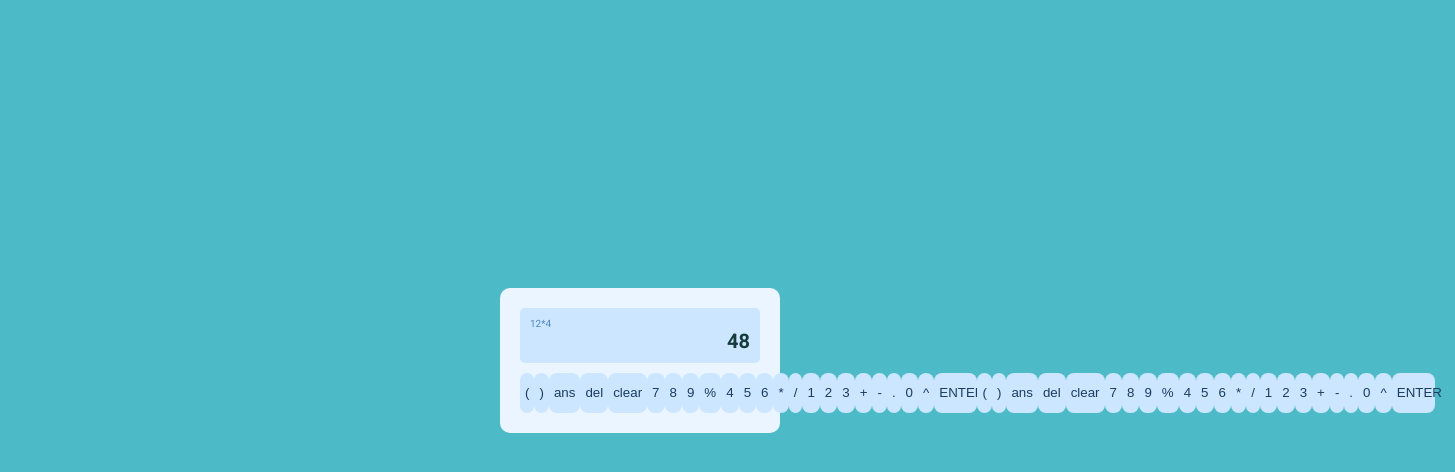
Repository: Herinyhert/Calculate-infix-a-postfix
Page: index.html
The author's editor kept a copy of each file at every save. The page is drawn from the files as they stood at one save, then again after a run of saves.
The browser window is 1280 px wide. The page is 1442 px wide, then 1455 px, so the pictures cover 1455 px, including what lies to the right of the window. The pictures show the whole page.

Above is the page before, as saved 2023-11-02 19:23:21.

### index.html
<html lang="en">
  <head>
    <meta charset="UTF-8" />
    <meta http-equiv="X-UA-Compatible" content="IE=edge" />
    <meta name="viewport" content="width=device-width, initial-scale=1.0" />
    <title>Calculator</title>
    <link rel="preconnect" href="https://fonts.googleapis.com" />
    <link rel="preconnect" href="https://fonts.gstatic.com" crossorigin />
    <link
      href="https://fonts.googleapis.com/css2?family=Roboto:wght@300;400;500;700&display=swap"
      rel="stylesheet"
    />
    <link rel="stylesheet" href="css/index.css" />
  </head>
  <body>
    <div class="caculate-container">
      <div class="calculator-result-preview">
        <div id="operation">12*4</div>
        <div id="operation-result">48</div>
      </div>
      <div id="calculator-buttons"></div>
    </div>
    <script src="js/index.js" type="module"></script>
  </body>
</html>

### css/index.css
body{
    display: flex;
    justify-content: center;
    align-items: center;
    min-height: 100vh;
    background-color: #4dbac8;
    box-sizing: border-box;
    margin: 0;
    padding: 0;
    font-family: 'Roboto', sans-serif;
}
.caculate-container{
    background-color: #ebf5ff;
    padding: 20px;
    border-radius: 10px;
    width: 240px;
}
.calculator-result-preview{
    background-color: #cce6ff;
    width: auto;
    border-radius: 5px;
    padding: 10px;
}
#operation{
    color: #4f8ac5;
    font-size: 10px;
}
#operation-result{
    color: #173c3d;
    font-size: 20px;
    font-weight: bold;
    display: flex;
    justify-content: flex-end;
}
#calculator-buttons{
    display:flex;
    justify-content: space-between;
    margin-top: 10px;
}
.button{
    background-color: #cce6ff;
    padding: 5px;
    border-radius: 8px;
    width: 18%;
    height: 40px;
    border: 0;
    color: #193c60;
    fon
}

### js/index.js
import { buttons } from './buttons.js';
const buttonContainer = document.getElementById('calculator-buttons');
buttons.forEach(button => {
    const buttonElement = document.createElement('button');
    buttonElement.className = button.className;
    buttonElement.innerText = button.value.toString();
    buttonContainer.appendChild(buttonElement);
});

### js/buttons.js
import { calculate } from "./calculator.js";
let operation = "";
const operationContainer = document.getElementById("operation");
const operationResult = document.getElementById("operation-result");
const buttonContainer = document.getElementById("calculator-buttons");
function addValue(value) {
    operation += value;
    operationContainer.innerHTML = operation;
}
function handleCalculate(operation) {
    operationResult.innerHTML = calculate(operation).toString();
}
function handleClear() {
    operation = "";
    operationContainer.innerHTML = "";
    operationResult.innerHTML = "0";
}
function handleDelete() {
    operation = operation.slice(0, operation.length - 1);
    operationContainer.innerHTML = operation;
}
export const buttons = [
    {
        value: "(",
        className: "button small dark",
        action: addValue,
    },
    {
        value: ")",
        className: "button small dark",
        action: addValue,
    },
    {
        value: "ans",
        className: "button small dark",
        action: addValue,
    },
    {
        value: "del",
        className: "button small dark",
        action: handleDelete,
    },
    {
        value: "clear",
        className: "button small dark",
        action: handleClear,
    },
    {
        value: "7",
        className: "button",
        action: addValue,
    },
    {
        value: "8",
        className: "button",
        action: addValue,
    },
    {
        value: "9",
        className: "button",
        action: addValue,
    },
    {
        value: "%",
        className: "button dark large",
        action: addValue,
    },
    //   {
    //     value: "√",
    //     className: "button dark",
    //     action: addValue,
    //   },
    {
        value: "4",
        className: "button",
        action: addValue,
    },
    {
        value: "5",
        className: "button",
        action: addValue,
    },
    {
        value: "6",
        className: "button",
        action: addValue,
    },
    {
        value: "*",
        className: "button dark",
        action: addValue,
    },
    {
        value: "/",
        className: "button dark",
        action: addValue,
    },
    {
        value: "1",
        className: "button",
        action: addValue,
    },
    {
        value: "2",
        className: "button",
        action: addValue,
    },
    {
        value: "3",
        className: "button",
        action: addValue,
    },
    {
        value: "+",
        className: "button dark",
        action: addValue,
    },
    {
        value: "-",
        className: "button dark",
        action: addValue,
    },
    {
        value: ".",
        className: "button dark",
        action: addValue,
    },
    {
        value: "0",
        className: "button",
        action: addValue,
    },
    {
        value: "^",
        className: "button dark",
        action: addValue,
    },
    {
        value: "ENTER",
        className: "button dark large",
        action: handleCalculate,
    },
];
buttons.forEach((button) => {
    const buttonElement = document.createElement("button");
    buttonElement.className = button.className;
    buttonElement.innerText = button.value.toString();
    if (button.value === "ENTER") {
        buttonElement.addEventListener("click", () => button.action(operation));
    }
    else {
        buttonElement.addEventListener("click", () => button.action(button.value.toLocaleString()));
    }
    buttonContainer === null || buttonContainer === void 0 ? void 0 : buttonContainer.appendChild(buttonElement);
});

### js/calculator.js
import { OPERATORS } from "./enums/operators.js";
const OPERAND_STACK = [];
const OPERATOR_STACK = [];
function isOperator(operator) {
    return (operator === OPERATORS.POW ||
        operator === OPERATORS.MINUS ||
        operator === OPERATORS.PLUS ||
        operator === OPERATORS.MULTIPLY ||
        operator === OPERATORS.DIVIDE ||
        operator === OPERATORS.MODULE);
}
function getProcedence(operator) {
    if (operator === OPERATORS.POW) {
        return 3;
    }
    else if (operator === OPERATORS.MULTIPLY ||
        operator === OPERATORS.DIVIDE ||
        operator === OPERATORS.MODULE) {
        return 2;
    }
    else if (operator === OPERATORS.PLUS || operator === OPERATORS.MINUS) {
        return 1;
    }
    return -1;
}
const action = {
    [OPERATORS.DIVIDE]: (leftNumber, rightNumber) => rightNumber / leftNumber,
    [OPERATORS.PLUS]: (leftNumber, rightNumber) => leftNumber + rightNumber,
    [OPERATORS.MINUS]: (leftNumber, rightNumber) => rightNumber - leftNumber,
    [OPERATORS.MULTIPLY]: (leftNumber, rightNumber) => leftNumber * rightNumber,
    [OPERATORS.MODULE]: (leftNumber, rightNumber) => leftNumber % rightNumber,
    [OPERATORS.POW]: (leftNumber, rightNumber) => Math.pow(leftNumber, rightNumber),
};
function calculateOperation() {
    const leftSideNumber = OPERATOR_STACK.pop(); //2
    const operation = OPERAND_STACK.pop(); //+
    const rightSideNumber = OPERATOR_STACK.pop(); //2
    return action[operation](leftSideNumber, rightSideNumber);
}
function evaluateExpression(expression) {
    for (let i = 0; i < expression.length; i++) {
        let currentOperation = expression[i];
        if (!isNaN(Number(currentOperation))) {
            let currentNumber = "";
            while (!isNaN(Number(currentOperation))) {
                currentNumber = `${currentNumber}${currentOperation}`;
                i++;
                if (i < expression.length) {
                    currentOperation = expression.charAt(i);
                }
                else {
                    break;
                }
            }
            i--;
            OPERATOR_STACK.push(Number(currentNumber));
        }
        else if (currentOperation === "(") {
            OPERAND_STACK.push(currentOperation);
        }
        else if (currentOperation === ")") {
            while (OPERAND_STACK[OPERAND_STACK.length - 1] !== "(") {
                const output = calculateOperation();
                OPERATOR_STACK.push(output);
            }
            OPERAND_STACK.pop();
        }
        else if (isOperator(currentOperation)) {
            while (OPERAND_STACK.length !== 0 &&
                getProcedence(currentOperation) <=
                    getProcedence(OPERAND_STACK[OPERAND_STACK.length - 1])) {
                const output = calculateOperation();
                OPERATOR_STACK.push(output);
            }
            OPERAND_STACK.push(currentOperation);
        }
    }
    while (OPERAND_STACK.length !== 0) {
        const output = calculateOperation();
        OPERATOR_STACK.push(output);
    }
    return OPERATOR_STACK.pop();
}
export function calculate(operation) {
    return evaluateExpression(operation);
}

### js/enums/operators.js
export var OPERATORS;
(function (OPERATORS) {
    OPERATORS["PLUS"] = "+";
    OPERATORS["MINUS"] = "-";
    OPERATORS["MULTIPLY"] = "*";
    OPERATORS["DIVIDE"] = "/";
    OPERATORS["SQUARE_ROOT"] = "\u221A";
    OPERATORS["MODULE"] = "%";
    OPERATORS["POW"] = "^";
})(OPERATORS || (OPERATORS = {}));

After the next 2 saves:
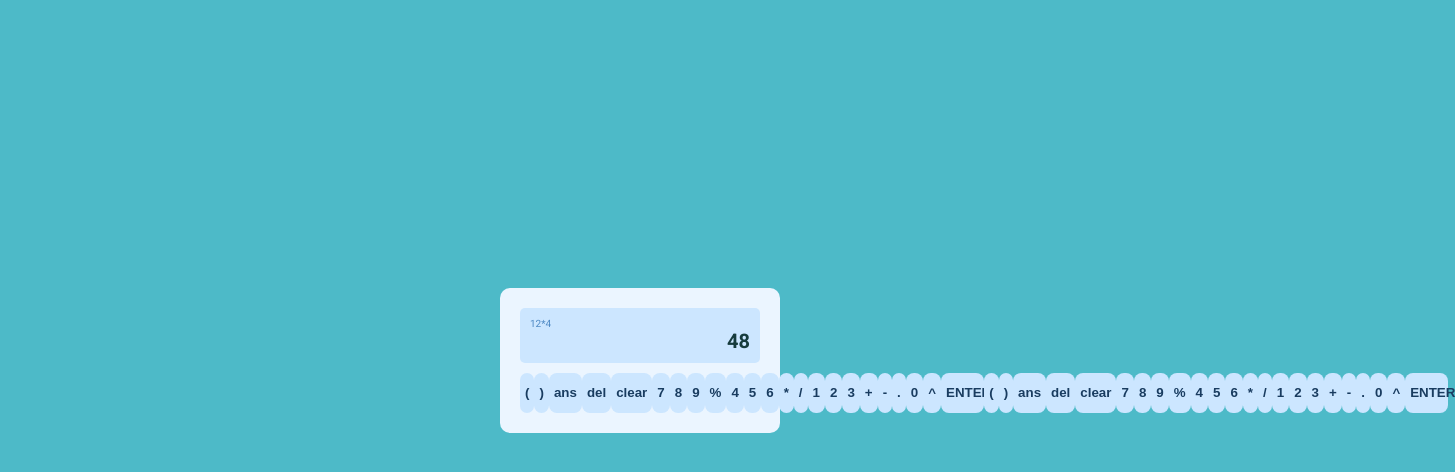
The 2 saves are shown as one change because they came seconds apart.
The last was saved 8 s later.
--- a/css/index.css
+++ b/css/index.css
@@ -45,5 +45,5 @@ body{
     height: 40px;
     border: 0;
     color: #193c60;
-    fon
+    font-weight: bold;
 }
